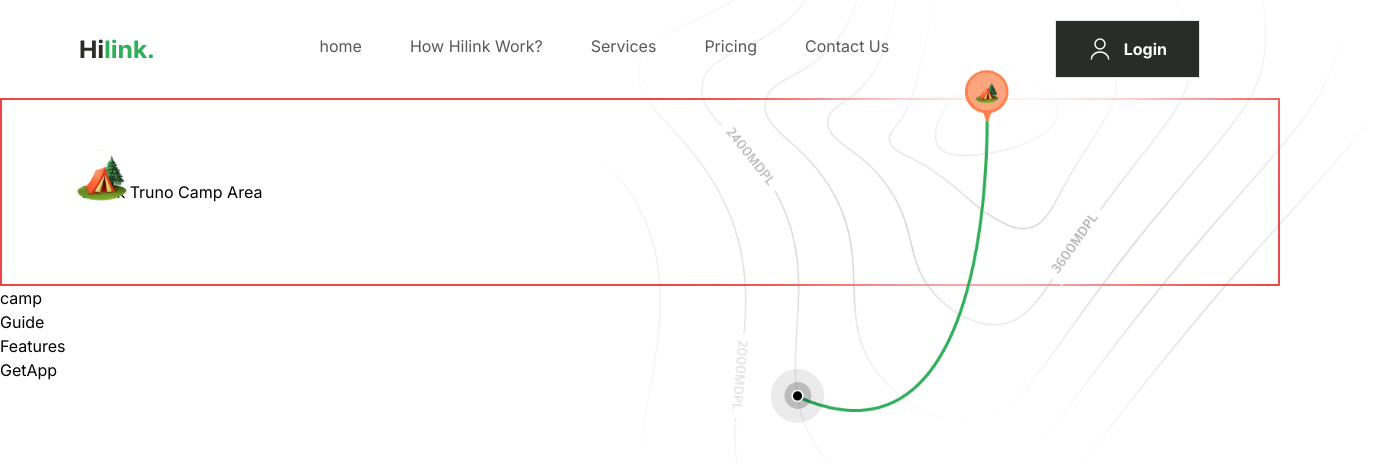
Repository: abdulrahmanmahmood/Travel-App
Page: /
The author's editor kept a copy of each file at every save. The page is drawn from the files as they stood at one save, then again after a run of saves.
The browser window is 1280 px wide. The page is 1392 px wide, so the pictures cover 1392 px, including what lies to the right of the window. The pictures show the whole page.
The project was rebuilt for these pictures with package versions that can differ from the ones it lists, and the page was loaded fresh each time. The framework's server and built-in components were replaced by stand-ins that run in the browser. Also part of the build but not shown: next.config.js.

Above is the page before, as saved 2023-11-01 14:19:39.

### app/layout.tsx
import './globals.css'
import type { Metadata } from 'next';
import './globals.css'
import Navbar from '@/components/Navbar';


export const metadata: Metadata = {
  title: 'Travel',
  description: 'Travel UI/UX App for camping',
}

export default function RootLayout({
  children,
}: {
  children: React.ReactNode
}) {
  return (
    <html lang="en">
      <body >
        <Navbar/>
        {children}
      </body>
    </html>
  )
}

### app/page.tsx
import Features from "@/components/Features"
import GetApp from "@/components/GetApp"
import Guide from "@/components/Guide"
import Hero from "@/components/Hero"
import Camp from "@/components/camp"

export default function Home() {
  return (
    <>
    <Hero/>
    <Camp/>
    <Guide/>
    <Features/>
    <GetApp/>
 </>
  )
}

### components/Navbar.tsx
import { NAV_LINKS } from "@/constants";
import Image from "next/image";
import Link from "next/link";
import Button from "./Button";

const Navbar = () => {
  return (
    <nav
      className=" flexBetween max-container padding-container relative z-30
    py-5"
    >
      <Link href="/">
        <Image src="/hilink-logo.svg" alt="logo" width={74} height={28} />
      </Link>
      <ul className="hidden h-full gap-12 lg:flex">
        {NAV_LINKS.map((link) => (
          <Link
            href={link.href}
            key={link.key}
            className="regular-16 text-gray-50 flexCenter cursor-pointer pb-1.5 transition-all hover:font-bold"
          >
            {link.label}
          </Link>
        ))}
      </ul>
      <div className="lg:flexCenter  hidden ">
        <Button
          type="button"
          title="Login"
          icon="/user.svg"
          variant="btn_dark_green"
        />
      </div>
      <Image
        src="/menu.svg"
        alt="menu"
        width={32}
        height={32}
        className="inline-block cursor-pointer lg:hidden"
      />
    </nav>
  );
};

export default Navbar;

### components/Features.tsx


function Features() {
  return (
    <div>Features</div>
  )
}

export default Features

### components/GetApp.tsx


function GetApp() {
  return (
    <div>GetApp</div>
  )
}

export default GetApp

### components/Guide.tsx


function Guide() {
  return (
    <div>Guide</div>
  )
}

export default Guide

### components/Hero.tsx
import Image from "next/image";

function Hero() {
  return (
    <section className="max-container padding-container flex flex-col gap-20
    py-10 pb-32 md:gap-27 lg:py-20  xl:flex-row border-2 border-red-500">
      <div className="hero-map"/>
      {/* LEFT */}
      <div className="relative z-20 flex flex-1 flex-col xl:w-1/2">
        <Image src='/camp.svg' alt="camp" width={50} height={50} className="absolute left-[-5px] top-[-30px] w-10 lg:w-[50px]"/>
        <h1>Putuk Truno Camp Area</h1>
      </div>
    </section>
  );
}

export default Hero;

### components/camp.tsx


function camp() {
  return (
    <div>camp</div>
  )
}

export default camp

### constants/index.ts
export const NAV_LINKS = [
  {href:"/", key:"home", label:"home"},
  { href: '/', key: 'how_hilink_work', label: 'How Hilink Work?' },
  { href: '/', key: 'services', label: 'Services' },
  { href: '/', key: 'pricing ', label: 'Pricing ' },
  { href: '/', key: 'contact_us', label: 'Contact Us' },
]

### components/Button.tsx
import Image from "next/image";

type ButtonProps ={
  type:'button'| 'submit';
  title:string;
  icon?:string;
  variant:'btn_dark_green'

}


function Button({type, title, icon, variant}: ButtonProps) {
  return (
    <button type={type} className={`flexCenter gap-3 roudned-full border ${variant}`}>

      {icon && <Image src={icon} alt={title} width={24} height={24}/>}
      <label className="bold-16 whitespace-nowrap">{title}</label>
    </button>
  )
}

export default Button

Loaded but not shown: app/globals.css (common file); tailwind.config.ts (common file)

After the next 3 saves:
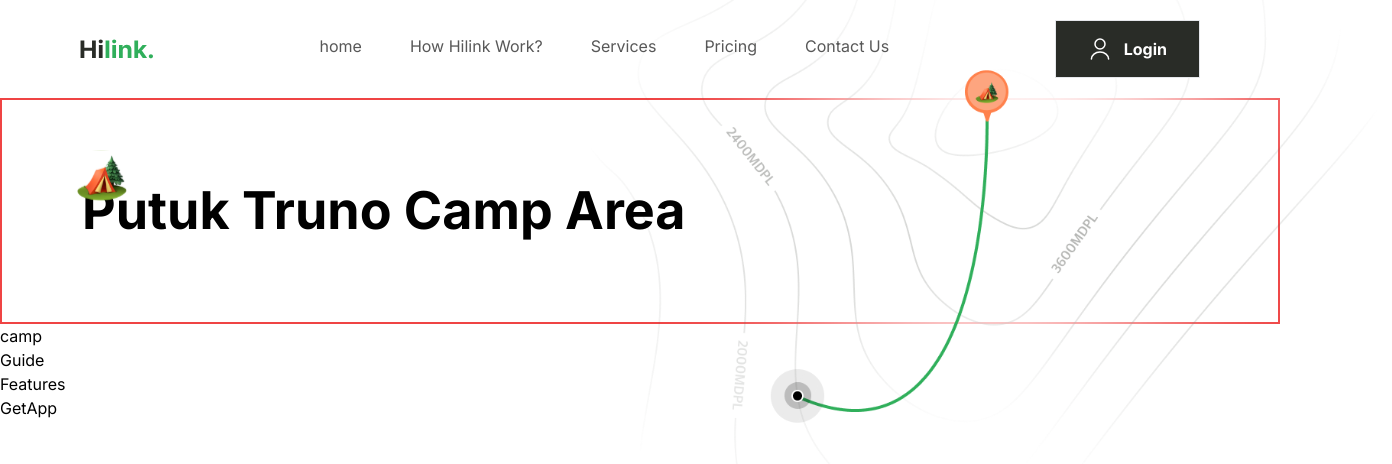
The 3 saves are shown as one change because they came seconds apart.
The last was saved 18 s later.
--- a/components/Hero.tsx
+++ b/components/Hero.tsx
@@ -8,7 +8,7 @@ function Hero() {
       {/* LEFT */}
       <div className="relative z-20 flex flex-1 flex-col xl:w-1/2">
         <Image src='/camp.svg' alt="camp" width={50} height={50} className="absolute left-[-5px] top-[-30px] w-10 lg:w-[50px]"/>
-        <h1>Putuk Truno Camp Area</h1>
+        <h1 className="bold-52">Putuk Truno Camp Area</h1>
       </div>
     </section>
   );
